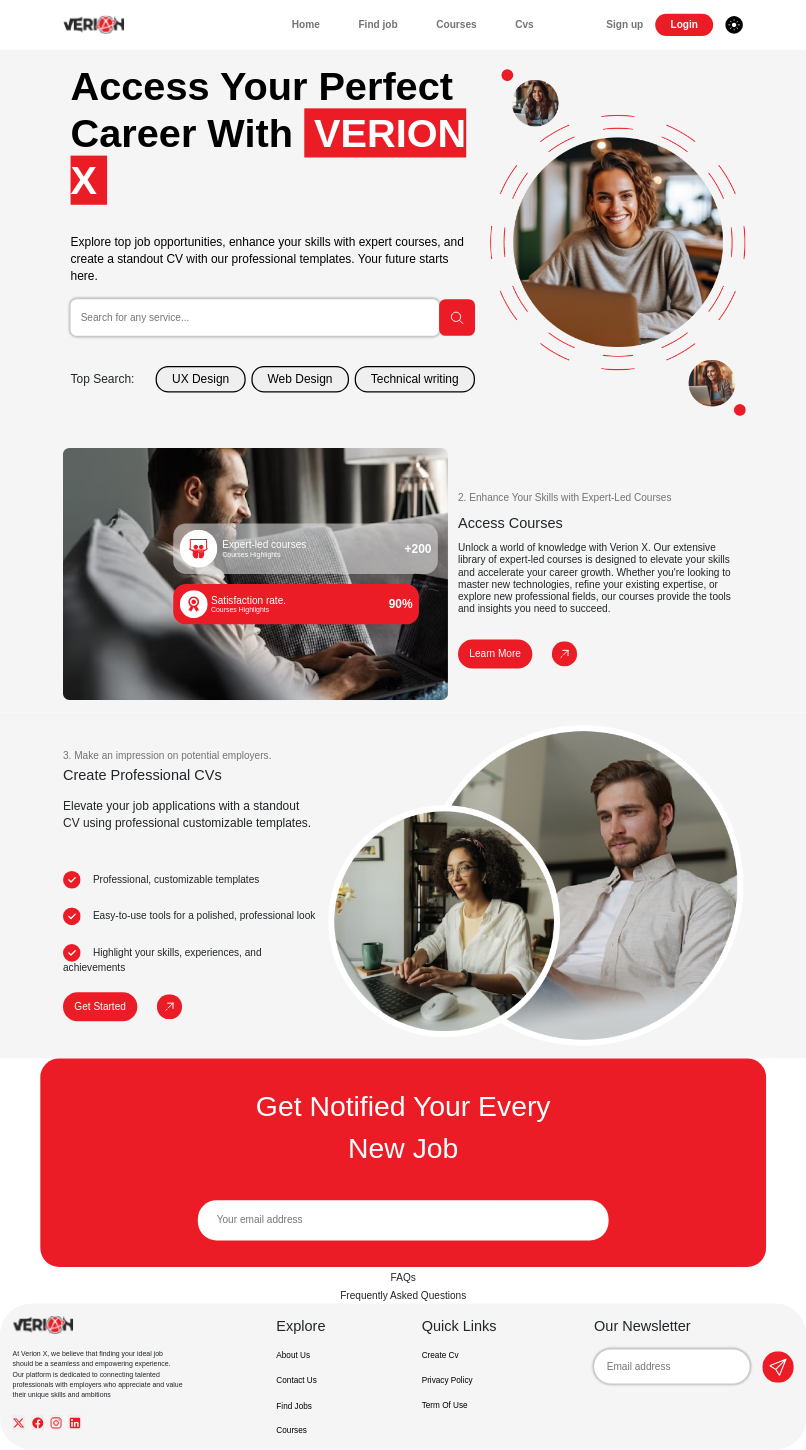
Repository: SahMenz/verionX
Page: /
An editor plug-in stored every save of this project. The page is shown before and after the next save, followed by the edit.
The browser window is 1280 px wide. The pictures show the whole page, at 63% of full size.
The project was rebuilt for these pictures with package versions that can differ from the ones it lists, and the page was loaded fresh each time. Also part of the build but not shown: vite.config.js.

Above is the page before, as saved 2024-06-16 18:01:45.

### src/App.jsx
import './App.css'
import Home from './components/home/home'
import 'bootstrap/dist/css/bootstrap.min.css';

function App() {

  return (
    <>
      <div>
          <Home />
      </div>
    </>
  )
}

export default App

### src/index.css
button{
    outline: none;
    border: none;
  }

  input{
    border: none;
    outline: none;
}

### src/App.css
*, *::before, *::after{
  padding: 0px;
  margin: 0px;
  box-sizing: border-box;
  font-family: "Rubik", sans-serif;
}

/* BACKGROUND COLORS */

.bg-f5{
  background-color: #F5F5F5;
}
.bg-eb{
  background-color: #EB1C25;
}
.bg-ff{
  background-color: #fff;
}
.bg-d9{
  background-color: #D9D9D9;
}
.bg-00{
  background-color: #000;
}


/* FONT SIZES */

.txt-11{
  font-size: 11px;
}
.txt-13{
  font-size: 13px;
}
.txt-16{
  font-size: 16px;
}
.txt-19{
  font-size: 19px;
}
.txt-23{
  font-size: 23px;
}
.txt-45{
  font-size: 45px;
}
.txt-63{
  font-size: 63px;
}


/* TEXT COLOR */

.txt-eb{
  color:#EB1C25
}
.txt-f3{
  color: #737373
}
.txt-ff{
  color:#fff
}
.txt-00{
  color: #000;
}


/* FONT WEIGHT */

.fw-400{
  font-weight: 400;
}
.fw-500{
  font-weight: 500;
}
.fw-600{
  font-weight: 600;
}


/* LINE HEIGHT */

.lh-19{
  line-height: 19.2px;
}
.lh-75{
  line-height: 55.6px;
}
.lh-26{
  line-height: 26.38px;
}
.lh-22{
  line-height: 22.8px;
}
.lh-27{
  line-height: 27.6px;
}
.lh-15{
  line-height: 15.89px;
}
.lh-13{
  line-height: 13.2px;
}
.lh-54{
  line-height: 54px;
}
.lh-34{
  line-height: 34.5px;
}
.lh-67{
  line-height: 67.5px;
}
.lh-32{
  line-height: 32.2px;
}
.lh-18{
  line-height: 18.96px;
}

### src/components/home/home.jsx
import Footer from "../footer/footer"
import Navigation from "../navigation/navigation"
import AccessCourses from "./accessCourses/accessCourses"
import CreateProfessionalCv from "./createProfessionalCv/createProfessionalCv"
import GetNotified from "./getNotified/getNotified"
import Hero from "./hero/hero"

function Home() {
  return (
    <div >
        <Navigation />
        <Hero />
        <AccessCourses />
        <CreateProfessionalCv />
        <GetNotified />
        <Footer />
    </div>
  )
}

export default Home

### src/components/footer/footer.jsx
import logo from '../../assets/images/logo.svg';
import CustomSvg from '../customSvg/customSvg';
import './footer.css';

function Footer() {
  return (
    <div className='d-flex bg-f5 justify-content-between footerGeneral gap-5' style={{borderRadius:"50px"}}>
        <div className='d-flex flex-column' style={{width:"272px", height:"166px"}}>
            <img  src={logo} style={{width:"97.2px"}}/>
            <div className='fw-400 lh-15 txt-11 py-4'>
                At Verion X, we believe that finding your ideal job should be a
                seamless and empowering experience. Our platform is dedicated to connecting talented
                professionals with employers who appreciate and value their unique skills and ambitions
            </div>
            <div className='d-flex align-items-center justify-content-between' style={{width:"110px"}}>
                <button><CustomSvg name="x"/></button>
                <button><CustomSvg name="facebook"/></button>
                <button><CustomSvg name="insta"/></button>
                <button><CustomSvg name="linkedin"/></button>
            </div>
        </div>
        <div className='d-flex flex-column justify-content-between' style={{width:"84px", height:"192px"}}>
            <div className='fw-500 txt-23 lh-32'>Explore</div>
            <a href="#" className='txt-00 fw-400 txt-13 lh-18 text-decoration-none'>About Us</a>
            <a href="#" className='txt-00 fw-400 txt-13 lh-18 text-decoration-none'>Contact Us</a>
            <a href="#" className='txt-00 fw-400 txt-13 lh-18 text-decoration-none'>Find Jobs</a>
            <a href="#" className='txt-00 fw-400 txt-13 lh-18 text-decoration-none'>Courses</a>
        </div>
        <div className='d-flex flex-column justify-content-between' style={{width:"127px", height:"152px"}}>
            <div className='fw-500 txt-23 lh-32'>Quick Links</div>
            <a href="#" className='txt-00 fw-400 txt-13 lh-18 text-decoration-none'>Create Cv</a>
            <a href="#" className='txt-00 fw-400 txt-13 lh-18 text-decoration-none'>Privacy Policy</a>
            <a href="#" className='txt-00 fw-400 txt-13 lh-18 text-decoration-none'>Term Of Use</a>
        </div>
        <div className='d-flex flex-column justify-content-between' style={{height:"107px"}}>
            <div className='fw-500 txt-23 lh-32'>Our Newsletter</div>
            <div>
                <input  type='text' placeholder='Email address' style={{marginRight:"20px",borderRadius:"30px", padding:"15px 20px", boxShadow: "0px 0px 3px 3px rgba(0, 0, 0, 0.2)"}}/>
                <button className='bg-f5'><CustomSvg name="telegram"/></button>
            </div>
        </div>
    </div>
  )
}

export default Footer

### src/components/navigation/navigation.jsx
import logo from '../../assets/images/logo.svg'
import CustomSvg from '../customSvg/customSvg'
import './navigation.css'


function Navigation() {

  return (
    <div className="d-flex justify-content-between navContainer">
        <img src={logo} alt="" />
        <div className='d-none d-lg-flex navigationLink justify-content-between align-items-center'>
          <div className='d-flex justify-content-between align-items-center links'>
            <a href="#" className='small-txt lh-19 fw-600 text-decoration-none txt-f3'>Home</a>
            <a href="#" className='small-txt lh-19 fw-600 text-decoration-none txt-f3'>Find job</a>
            <a href="#" className='small-txt lh-19 fw-600 text-decoration-none txt-f3'>Courses</a>
            <a href="#" className='small-txt lh-19 fw-600 text-decoration-none txt-f3'>Cvs</a>
          </div>
          <div className='d-flex justify-content-between align-items-center switchmode'>
            <a href="#" className='small-txt lh-19 fw-600 text-decoration-none txt-f3'>Sign up</a>
            <a href="#" className='small-txt lh-19 fw-600 text-decoration-none txt-ff bg-eb px-4 py-2 rounded-5'>Login</a>
            <button className='bg-ff'><CustomSvg name="switchModes"/></button>
          </div>
        </div>
        <div className=' d-lg-none cursor-pointer' style={{width: "40px", height: "40px", display: 'flex', flexDirection: 'column', alignItems: "center", justifyContent: "center", gap: "5px"}}>
          <div style={{width : "30px", height:"3px", backgroundColor : 'black' }}></div>
          <div style={{width : "30px", height:"3px", backgroundColor : 'black' }}></div>
          <div style={{width : "30px", height:"3px", backgroundColor : 'black' }}></div>
        </div>
    </div>
  )
}

export default Navigation

### src/components/home/accessCourses/accessCourses.jsx
import CustomSvg from "../../customSvg/customSvg";
import './accessCourses.css';

function AccessCourses() {
  return (
    <div className="d-flex flex-column bg-f5 flex-xl-row accessGeneral  align-items-center">
        <div className="manPressingLaptop" style={{maxWidth:"611px", position:"relative"}}>
            <div className="imagetext d-none d-lg-block" style={{position:"absolute"}}>
                <div className="d-flex align-items-center opacebackground justify-content-between mb-3" style={{padding:"10px", borderRadius:"20px", maxWidth:"455px"}}>
                    <CustomSvg name="expertLedCourses"/>
                    <div className="d-flex ps-2 justify-content-between align-items-center" style={{width:"340px"}}>
                        <div className="d-flex flex-column" >
                            <div className="txt-ff fw-500 txt-16 lh-19">Expert-led courses</div>
                            <div className="txt-11 txt-ff fw-500 lh-13">Courses Highlights</div>
                        </div>
                        <div className="fw-600 txt-19 lh-22 txt-ff">+200</div>
                    </div>
                </div>
                <div className="bg-eb d-flex align-items-center justify-content-between" style={{padding:"10px", borderRadius:"20px", maxWidth:"390px"}}>
                    <CustomSvg name="satisfactionrate"/>
                    <div className="d-flex justify-content-between align-items-center" style={{width:"320px"}}>
                        <div className="d-flex flex-column" >
                            <div className="txt-ff fw-500 txt-16 lh-19">Satisfaction rate.</div>
                            <div className="txt-11 txt-ff fw-500 lh-13">Courses Highlights</div>
                        </div>
                        <div className="fw-600 txt-19 lh-22 txt-ff">90%</div>
                    </div>
                </div>
            </div>
        </div>
        <div className=" ms-xl-3"  style={{maxWidth:"576px"}}>
            <p className="txt-f3 fw-500 lh-19 enhance" style={{maxWidth:"370px"}}>2. Enhance Your Skills with Expert-Led Courses</p>
            <p className="fw-500 lh-27 access" style={{maxWidth:"300px"}}>Access Courses</p>
            <p className="fw-400 lh-19 pb-4 unlock" style={{maxWidth:"576px"}}>
                Unlock a world of knowledge with Verion X. Our extensive library of expert-led courses is designed to elevate your skills and accelerate your career growth. Whether you&apos;re looking to master new technologies, refine your existing expertise, or explore new professional fields, our courses provide the tools and insights you need to succeed.
            </p>
            <div className="d-flex align-items-center justify-content-between" style={{width:"189px"}}>
                <button className="bg-eb txt-ff" style={{padding:"11px 18px", borderRadius:"30px"}}>Learn More</button>
                <CustomSvg name="arrowTopRight" className=""/>
            </div>
        </div>
    </div>
  )
}

export default AccessCourses

### src/components/home/createProfessionalCv/createProfessionalCv.jsx
import createProfessionalImage from '../../../assets/images/createProfessionalImage.png';
import CustomSvg from '../../customSvg/customSvg';
import './createProfessionalCv.css';

function CreateProfessionalCv() {
  return (
    <div className='d-flex flex-column createGeneral bg-f5 flex-xl-row align-items-center'>
        <div style={{maxWidth:"507px"}}>
            <div className='fw-500 lh-19 txt-16 txt-f3 adjustText' style={{margin:"0px 0px 8px 0px"}}>3. Make an impression on potential employers.</div>
            <div className='fw-500 lh-27 txt-23 adjust23' style={{margin:"0px 0px 20px 0px"}}>Create Professional CVs</div>
            <div className='fw-400 txt-19 lh-23 adjust19' style={{margin:"0px 0px 60px 0px"}}>Elevate your job applications with a standout CV using professional customizable templates.</div>
            <div className='fw-400 txt-16 lh-19 adjustText' style={{marginBottom:"29px"}}><CustomSvg name="createProfessionalTick"/> <span style={{marginLeft:"15px"}}>Professional, customizable templates</span></div>
            <div className='fw-400 txt-16 lh-19 adjustText' style={{marginBottom:"29px"}}><CustomSvg name="createProfessionalTick"/> <span style={{marginLeft:"15px"}}>Easy-to-use tools for a polished, professional look</span></div>
            <div className='fw-400 txt-16 lh-19 adjustText' style={{marginBottom:"29px"}}><CustomSvg name="createProfessionalTick"/> <span style={{marginLeft:"15px"}}>Highlight your skills, experiences, and achievements</span></div>
            <div className="d-flex align-items-center justify-content-between" style={{width:"189px"}}>
                <button className="bg-eb txt-ff" style={{padding:"11px 18px", borderRadius:"30px"}}>Get Started</button>
                <CustomSvg name="arrowTopRight" className=""/>
            </div>
        </div>
        <img src={createProfessionalImage} className='mt-5 mt-xl-0 mixedImage ms-xl-3' style={{maxWidth:"659px"}}/>
    </div>
  )
}

export default CreateProfessionalCv

### src/components/home/getNotified/getNotified.jsx
import './getNotified.css';

function GetNotified() {
  return (
    <div className='d-flex align-items-center flex-column getContainer'>
        <div className="bg-eb d-flex flex-column justify-content-between getGeneral text-center">
            <div className="fw-500 txt-ff xl-lh-54 getNotified text-center">Get Notified Your Every New Job </div>
            <input type="text" placeholder="Your email address" className='inputText mt-lg-5 mt-4' style={{borderRadius:"30px", padding:"20px 0px 20px 30px", maxWidth:"652px"}}/>
        </div>
        <div>
            <div className='text-center fw-500 lh-34'>FAQs</div>
            <div className='text-center fw-500 lh-64'>Frequently Asked Questions</div>
            <div></div>
        </div>
    </div>
  )
}

export default GetNotified

### src/components/home/hero/hero.jsx
import accesYourPerfectImage from '../../../assets/images/accesYourPerfectImage.png';
import CustomSvg from '../../customSvg/customSvg';
import './hero.css';

function Hero() {
  return (
    <div className='bg-f5 heroGeneral d-flex flex-column flex-xl-row justify-content-center justify-content-between align-items-center' style={{}}>
        <div style={{maxWidth:"733px"}} className=' textcontainer mb-5 mx-xxl-1 px-xxl-0 d-flex flex-column container '>
            <div className='txt-63 lh-75 txt-ff fw-600 txt-00 largeTxt mb-5' >Access Your Perfect Career With <span className='bg-eb fw-600 txt-ff py-1 px-3'>VERION X</span></div>
            <div className='txt-00 lh-26 mb-4 exploretxt' style={{maxWidth:"630px"}}>
                Explore top job opportunities, enhance your skills with expert courses, and create a standout CV with our professional templates. Your future starts here.
            </div>
            <div className="d-flex">
                <input type="text" className='p-3 container mb-xl-5' placeholder="Search for any service..."  style={{borderRadius:"10px", boxShadow: "0px 0px 3px 3px rgba(0, 0, 0, 0.2)"}} />
                <button className="bg-eb p-3 mb-xl-5" style={{borderRadius:"10px", border:"none"}}><CustomSvg name="search"/></button>
            </div>
            <div className='d-none d-xl-flex align-items-center justify-content-between'style={{width:"642px"}} >
                <div className='txt-19 lh-26 txt-500'>Top Search:</div>
                <div className='d-flex align-items-center justify-content-between' style={{width:"507px"}}>
                    <button style={{borderRadius:"20px",border: "2px solid black"}}><div className='px-4 py-2 txt-19 lh-22 txt-500'>UX Design</div></button>
                    <button style={{borderRadius:"20px",border: "2px solid black"}}><div className='px-4 py-2 txt-19 lh-22 txt-500'>Web Design</div></button>
                    <button style={{borderRadius:"20px",border: "2px solid black"}}><div className='px-4 py-2 txt-19 lh-22 txt-500'>Technical writing</div></button>
                </div>
            </div>
        </div>
        <img src={accesYourPerfectImage} className='container mx-xxl-1 px-xxl-0' style={{Width:"65vw", maxWidth:"430px"}} alt="three images" />
    </div>
  )
}

export default Hero

### src/components/footer/footer.css
.footerGeneral{
    padding: 20px 20px;
    flex-wrap: wrap
}

@media (min-width:1400px){
    .footerGeneral{
        padding: 64px 109px
    }
}

### src/components/navigation/navigation.css
.navContainer{
    padding: 22px 100px;
    box-shadow: 0px 10px 10px 10px rgba(0, 0, 0, 0.2);
}

.navigationLink{
    width: 56vw;
    min-width: 600px;
    max-width: 888px;
}
.links{
    width: 30vw;
    min-width: 300px;
    max-width: 482px;
}
.switchmode{
    width: 17vw;
    min-width: 200px;
    max-width: 254px;
}
@media screen and (min-width:325px) and (max-width:988px) {
    .navContainer{
        padding: 18px 60px;
    }
}

### src/components/home/accessCourses/accessCourses.css
.accessGeneral{
    padding: 10px 20px;
}
.enhance{
    font-size: 4vw;
    margin-top: 20px;
}
.access{
    font-size: 6vw;
}
.unlock{
    font-size: 4vw;
}
.opacebackground{
    background-color:rgba(217, 217, 217, 0.6);
}
.manPressingLaptop{
    background-image: url('../../../assets/images/accessCoursesImage.png');
    background-size: cover;
    border-Radius: 10px;
    background-position: center;
    height: 400px;
    width: 65vw;
    background-size: cover;
    background-position: center;
}
.imagetext{
    position: absolute;
    top: 50%;
    left: 63%;
    transform: translate(-50%, -50%);
}

@media (min-width: 478px) {
    .enhance{
        font-size: 3vw;
    }
    .access{
        font-size: 5vw;
    }
    .unlock{
        font-size: 3vw;
    }
}
@media (min-width: 665px) {
    .enhance{
      font-size: 2.5vw;
    }
    .access{
      font-size:4.5vw;
    }
    .unlock{
        font-size: 2.5vw;
    }
}
@media (min-width:730px){
    .accessGeneral{
      padding: 20px 100px;
    }
    .enhance{
        font-size: 16px;
      }
      .access{
        font-size:23px;
      }
      .unlock{
          font-size: 16px;
      }
  }
  @media (min-width:1400px){
    .accessGeneral{
        justify-content: space-between!important;
    }
  }

### src/components/home/createProfessionalCv/createProfessionalCv.css
.createGeneral{
    padding: 10px 20px;
}
.mixedImage{
    width: 85vw;
}
.adjustText{
    font-size: 4vw;
}
.adjust19{
    font-size: 5vw;
}
.adjust23{
    font-size: 6vw;
}
@media (min-width: 478px) {
    .adjustText{
        font-size: 3.5vw;
    }
    .adjust19{
        font-size: 4.5vw;
    }
    .adjust23{
        font-size: 5.5vw;
    }
}
@media (min-width: 560px) {
    .adjustText{
        font-size: 3vw;
    }
    .adjust19{
        font-size: 4vw;
    }
    .adjust23{
        font-size: 5vw;
    }
}
@media (min-width:630px){
    .createGeneral{
        padding: 20px 100px;
    }
    .adjustText{
        font-size: 16px;
    }
    .adjust19{
        font-size: 19px;
    }
    .adjust23{
        font-size: 23px;
    }
}
@media (min-width:1400px){
    .createGeneral{
        justify-content: space-between;
    }
}

### src/components/home/getNotified/getNotified.css
.getNotified{
    font-size: 6vw;
    max-width: 564px;
}
.getContainer{}
.getGeneral{
    padding: 10px 30px;
    align-items: center;
    border-radius: 30px;
    width: 90vw;
    max-width: 1250px;
    -webkit-border-radius: 30px;
    -moz-border-radius: 30px;
    -ms-border-radius: 30px;
    -o-border-radius: 30px;
}
.inputText{
    width:70vw;
    max-width: 652px;
}

@media (min-width:400px) {
    .getNotified{
        font-size: 5.5vw;
    }
}
@media (min-width:919px) {
    .getNotified{
        font-size: 45px;
    }
}@media (min-width:1200px){
    .getGeneral{
        padding: 42px 0;
    }
}

### src/components/home/hero/hero.css
  .largeTxt{
    font-size: 10vw;
  }
  .exploretxt{
    font-size: 4vw;
  }
  .heroGeneral{
    padding: 10px 20px;
  }
  @media (min-width: 478px) {
    .largeTxt{
      line-height: 75px;
    }
    .exploretxt{
      font-size: 3vw;
    }
  }
  @media (min-width: 632px) {
    .largeTxt{
      font-size: 9vw;
    }
    .exploretxt{
      font-size:2.5vw;
    }
  }
  @media (min-width:730px){
    .largeTxt{
      font-size: 63px;
    }
    .exploretxt{
      font-size: 19px;
    }
    .heroGeneral{
      padding: 20px 100px;
    }
  }
  @media(min-width:1400){
    .heroGeneral{
      justify-content: space-between;
    }
  }

Loaded but not shown: src/main.jsx (common file); src/components/customSvg/customSvg.jsx (192 lines, source omitted)

After the next save:
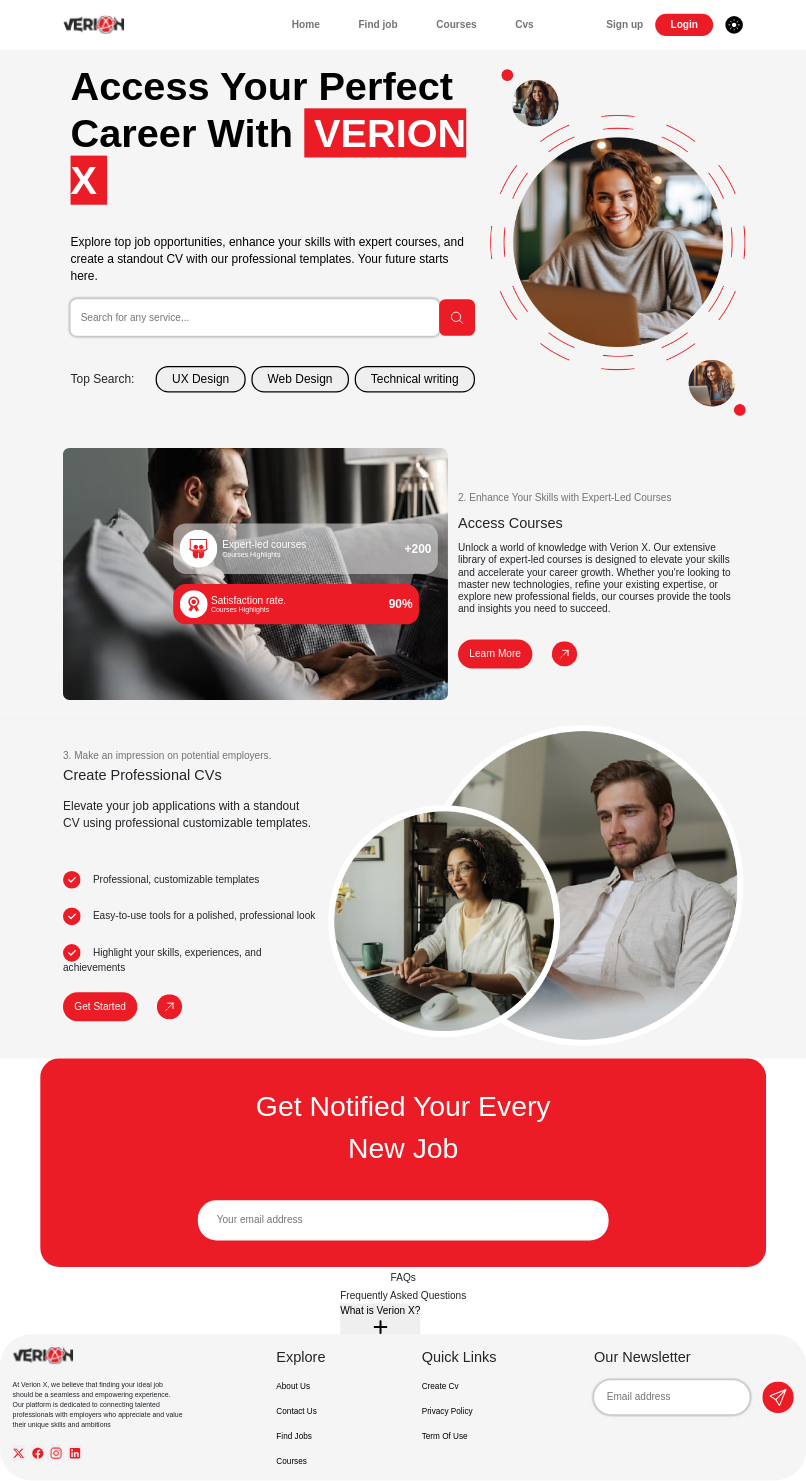
Saved 48 s later.
--- a/src/components/home/getNotified/getNotified.jsx
+++ b/src/components/home/getNotified/getNotified.jsx
@@ -1,3 +1,4 @@
+import CustomSvg from '../../customSvg/customSvg';
 import './getNotified.css';
 
 function GetNotified() {
@@ -10,7 +11,9 @@
         <div>
             <div className='text-center fw-500 lh-34'>FAQs</div>
             <div className='text-center fw-500 lh-64'>Frequently Asked Questions</div>
-            <div></div>
+            <div>
+                <button><div>What is Verion X?</div> <div><CustomSvg name="plus" /></div></button>
+            </div>
         </div>
     </div>
   )
